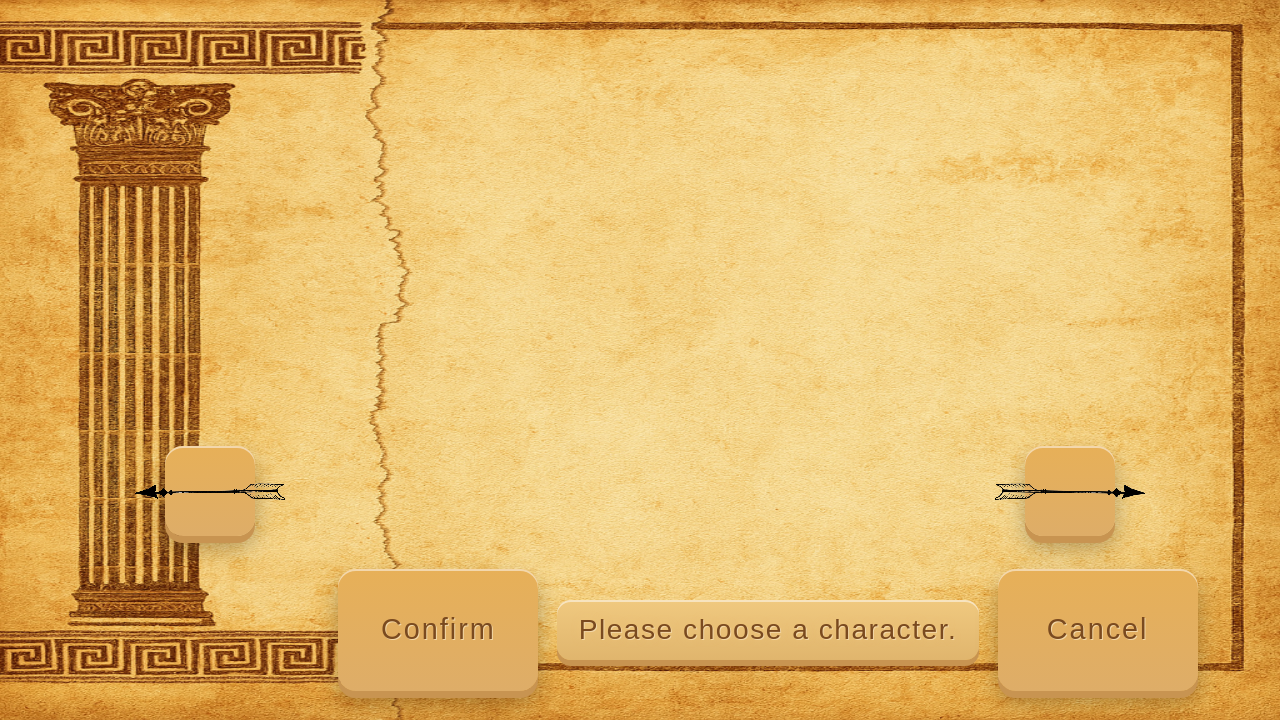
Repository: brianabariteau/Web-1-Final-Project-2025
Page: features/character-selection/character-selection.html
The author's editor kept a copy of each file at every save. The page is drawn from the files as they stood at one save, then again after the next save.
The browser window is 1280 px wide. The pictures show the whole page.
The page's requests for data from a server got no answer. Some web fonts or font styles are not loaded; a fallback is used.

Above is the page before, as saved 2025-12-21 23:52:36.

After the next save:
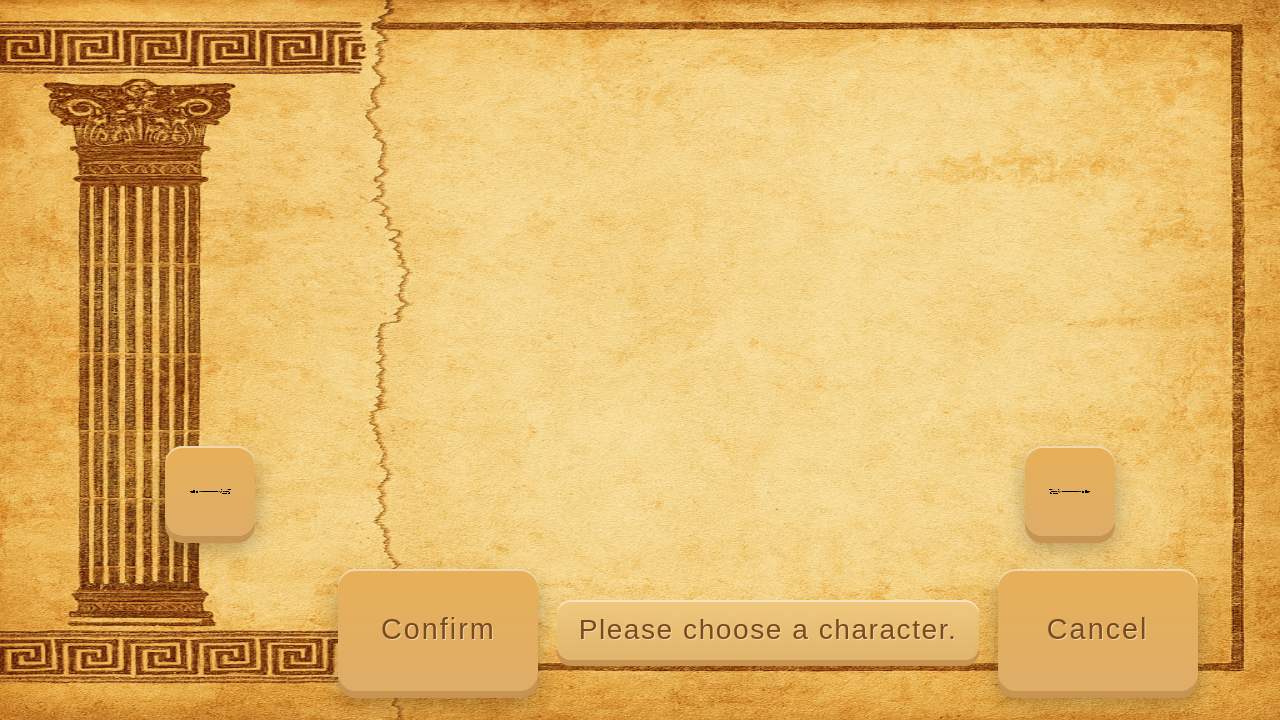
Saved 7 s later.
--- a/features/character-selection/character-selection.css
+++ b/features/character-selection/character-selection.css
@@ -153,8 +153,7 @@ body {
 }
 
 .arrowImg {
-  width: min(12vw, 150px);
-  /*width: 150px;  adjust size */
+  width: 42px;
   height: auto;
   image-rendering: pixelated;
   pointer-events: none;
